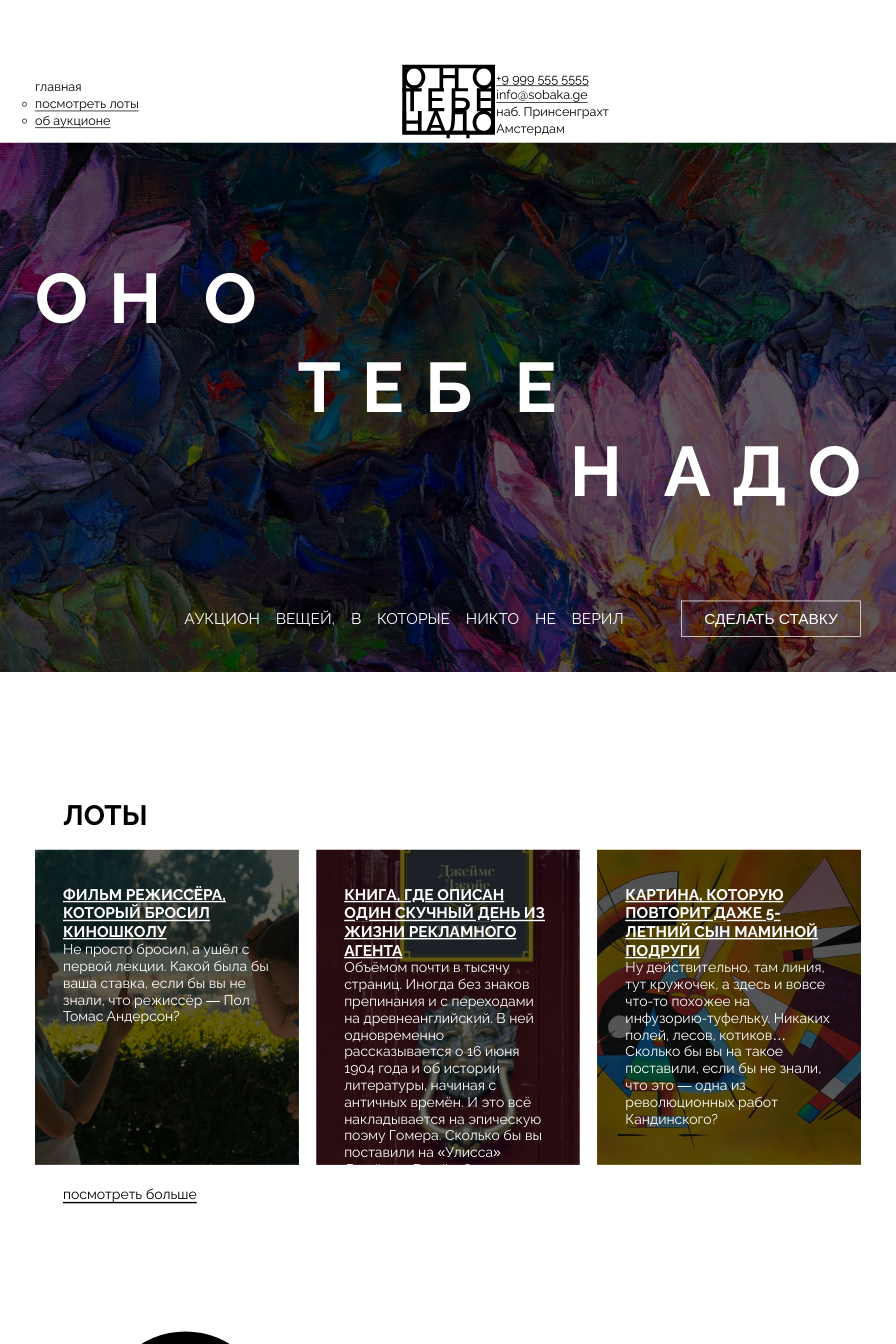
Repository: Hadoooouken/ono-tebe-nado
Page: index.html
These files come from the project's save history. The page is drawn as it stood at one moment and after a run of saves; the edit follows.
The browser window is 1280 px wide. The pictures show the part of the page from y = 0 to 1920 px (the page is 2687 px tall), at 70% of full size.

Above is the page before, as saved 2023-11-28 22:48:20.

After the next 4 saves:
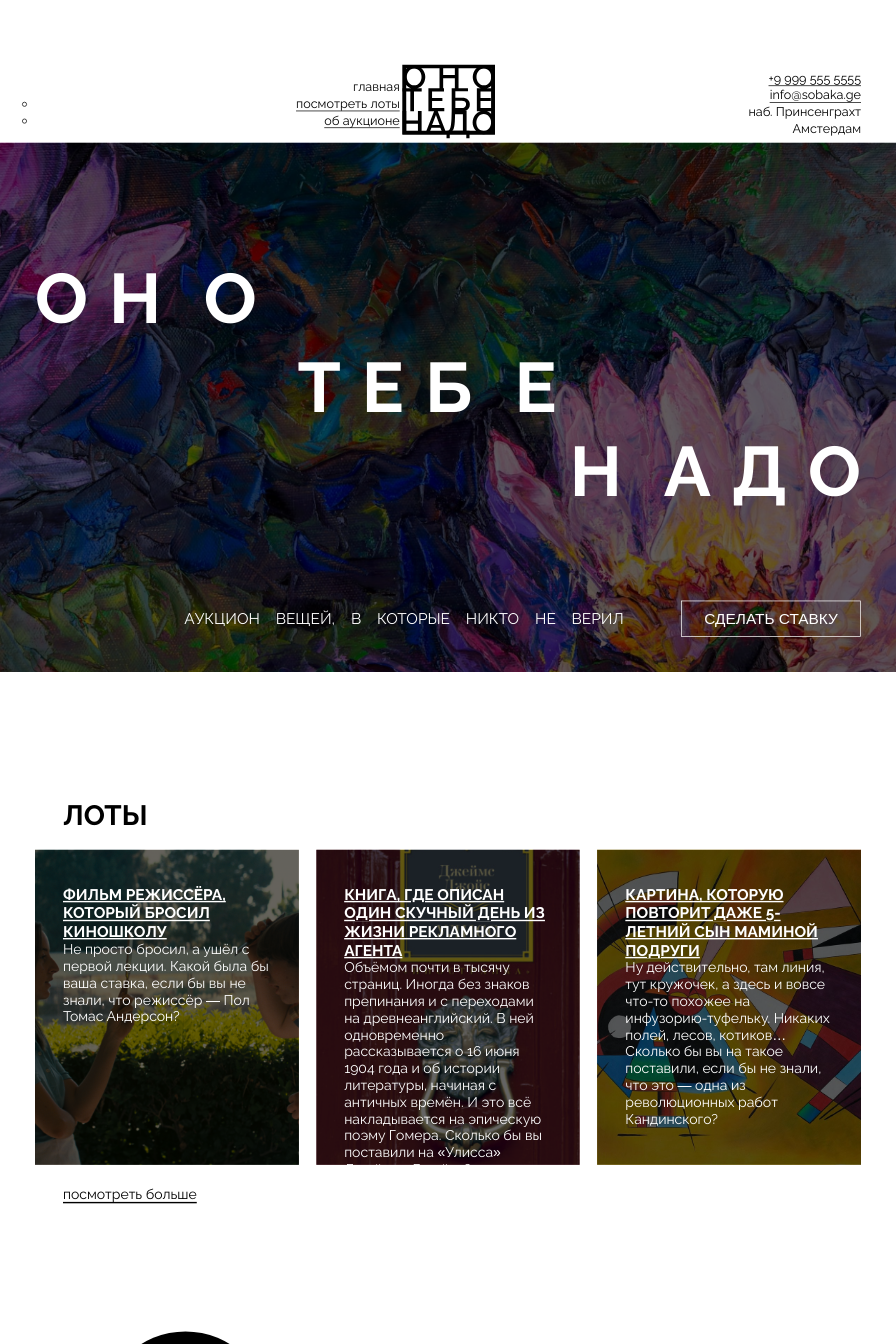
The 4 saves are shown as one change because they came seconds apart.
The last was saved 13 s later.
--- a/styles/style.css
+++ b/styles/style.css
@@ -11,7 +11,7 @@
 
 .header__menu,
 .address {
-  align-items: center;
+  text-align: right;
 
 }
 
